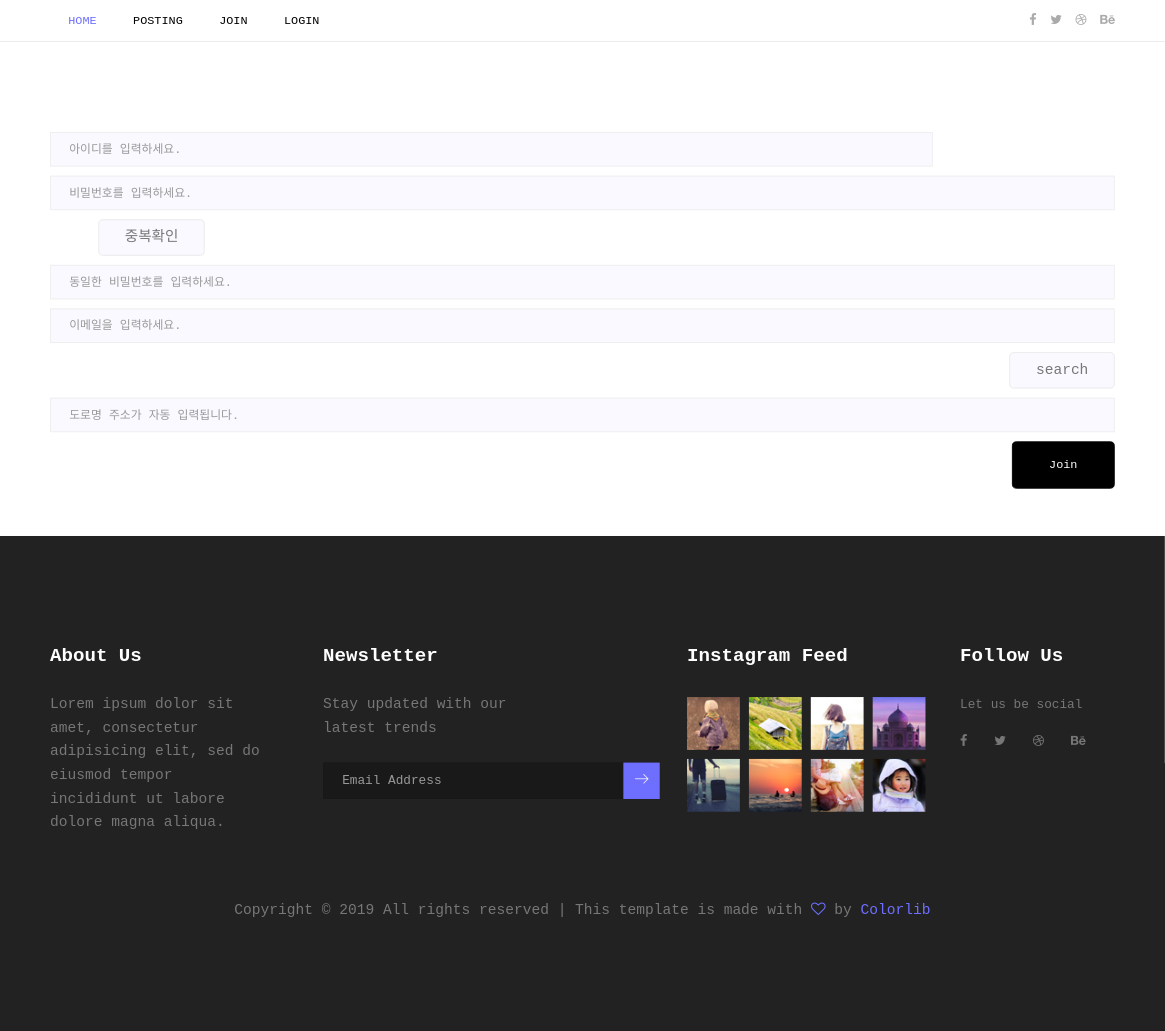
Repository: DAVISPARK/park
Page: http://localhost/blog/user/join.jsp
These files come from the project's save history. The page is drawn as it stood at one moment and after the next save; the edit follows.
The browser window is 1280 px wide. The pictures show the whole page, at 91% of full size.
Some web fonts or font styles are not loaded; a fallback is used. The page is served by Tomcat 9.

Above is the page before, as saved 2019-11-07 12:39:54.

After the next save:
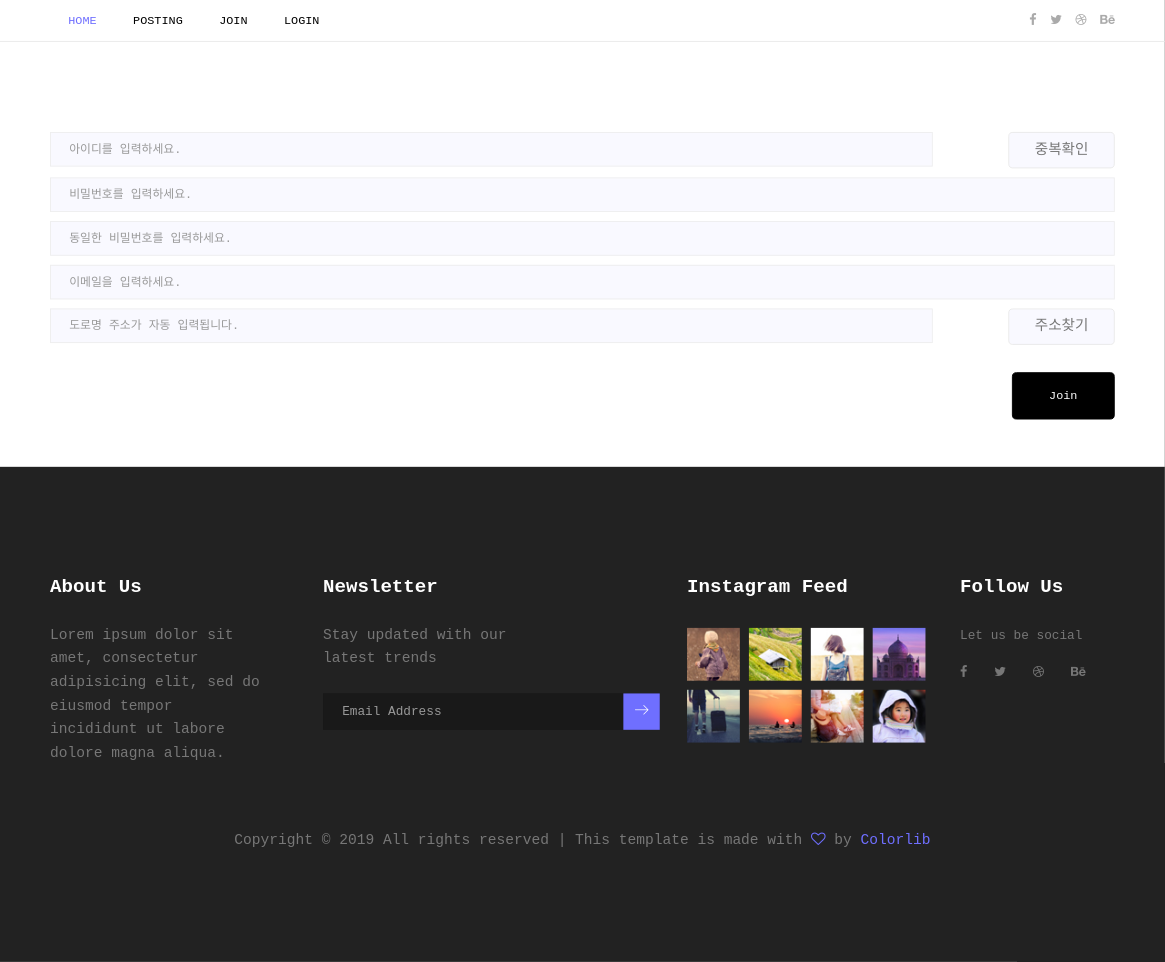
Saved 94 s later.
--- a/blog/WebContent/user/join.jsp
+++ b/blog/WebContent/user/join.jsp
@@ -1,24 +1,19 @@
 <%@ page language="java" contentType="text/html; charset=UTF-8" pageEncoding="UTF-8"%>
 
 <%@ include file="/include/nav.jsp"%>
+
 
 <!--================Contact Area =================-->
 <section class="contact_area">
 	<div class="container">
 		<div class="row">
 			<div class="col-lg-12">
-				<form class="row contact_form" action="/blog/user?cmd=join" method="post" onsubmit="return validateCheck()">
-					<!-- validateCheck() 패스워드 동일성 검사 return  -->
+				<form class="row contact_form" action="/blog/user?cmd=join" method="POST" onsubmit="return validateCheck()">
 					<div class="col-md-10">
 						<div class="form-group">
-							<input type="text" class="form-control" name="username" placeholder="아이디를 입력하세요." required="required" maxlength="20">
+							<input type="text" class="form-control" id="username" name="username" placeholder="아이디를 입력하세요." required="required" maxlength="20">
 						</div>
-						<span id="username_input" style="font-size: 10px; color: red"></span>
-					</div>
-					<div class="col-md-12">
-						<div class="form-group">
-							<input type="password" class="form-control" id="password" name="password" placeholder="비밀번호를 입력하세요." required="required" maxlength="20">
-						</div>
+						<span id="username_input" style="font-size:10px; color:red"></span>
 					</div>
 
 					<div class="col-md-2">
@@ -29,6 +24,11 @@
 
 					<div class="col-md-12">
 						<div class="form-group">
+							<input type="password" class="form-control" id="password" name="password" placeholder="비밀번호를 입력하세요." required="required" maxlength="20">
+						</div>
+					</div>
+					<div class="col-md-12">
+						<div class="form-group">
 							<input type="password" class="form-control" id="passwordCheck" name="passwordCheck" placeholder="동일한 비밀번호를 입력하세요." required="required" maxlength="20">
 						</div>
 					</div>
@@ -37,27 +37,26 @@
 							<input type="email" class="form-control" name="email" placeholder="이메일을 입력하세요." required="required" maxlength="40">
 						</div>
 					</div>
+					<!-- 도로명 주소 시작 -->
 
-					<!-- 도로명 주소 시작 -->
-					<div class="col-md-12">
-						<div class="form-group float-right">
-							<a style="cursor: pointer;" class="blog_btn" onClick="goPopup()">search</a>
+					<div class="col-md-10">
+						<div class="form-group">
+							<input type="text" class="form-control" id="roadFullAddr" name="address" placeholder="도로명 주소가 자동 입력됩니다." readonly>
 						</div>
 					</div>
-
-					<div class="col-md-12">
-						<div class="form-group">
-							<input type="text" class="form-control" id="roadFullAddr" name="address" placeholder="도로명 주소가 자동 입력됩니다." required="required" readonly>
+					<div class="col-md-2">
+						<div class="form-group float-right">
+							<a style="cursor: pointer;" class="blog_btn" onClick="goPopup()">주소찾기</a>
 						</div>
 					</div>
-					<!-- 도로명 주소 끝-->
+					<!-- 도로명 주소 끝 -->
+
+					<div class="col-md-12 text-right">
+						<button type="submit" value="submit" class="btn submit_btn">Join</button>
+					</div>
+				</form>
 			</div>
-			<div class="col-md-12 text-right">
-				<button type="submit" value="submit" class="btn submit_btn">Join</button>
-			</div>
-			</form>
 		</div>
-	</div>
 	</div>
 </section>
 <!--================Contact Area =================-->
